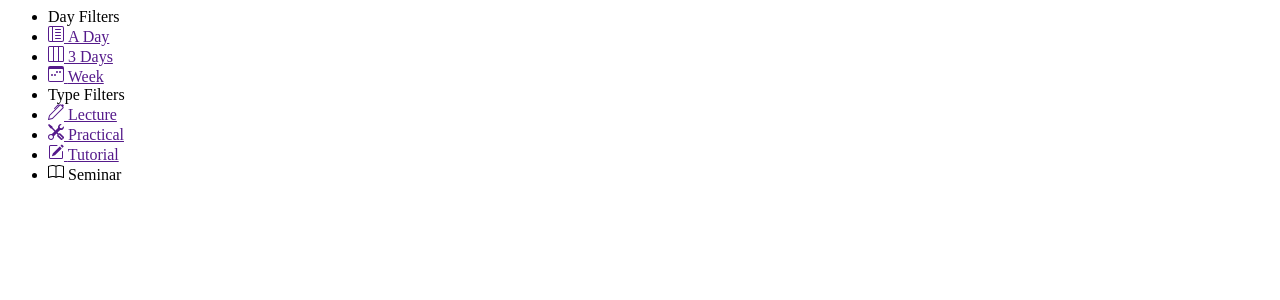
Repository: jackkweyunga/jek-mobile-timetable-v1
Page: src/components/html/sidenav.html
An editor plug-in stored every save of this project. The page is shown before and after a run of saves, followed by the edit.
The browser window is 1280 px wide. The pictures show the whole page.

Above is the page before, as saved 2021-10-26 17:19:16.

After the next 3 saves:
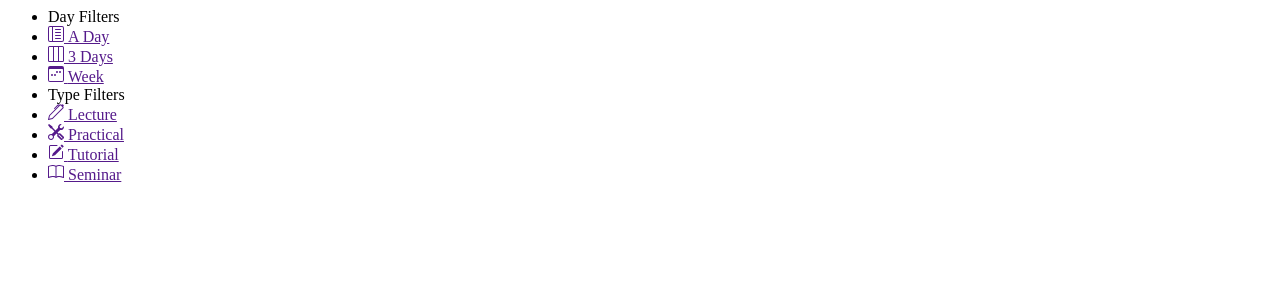
The 3 saves are shown as one change because they came seconds apart.
The last was saved 7 s later.
--- a/src/components/html/sidenav.html
+++ b/src/components/html/sidenav.html
@@ -86,7 +86,7 @@
   </li>
 
   <li class="nav-item" id="icon_seminars">
-    <span class="nav-link collapsed" href="">
+    <a class="nav-link collapsed" href="">
       <i><svg xmlns="http://www.w3.org/2000/svg" width="16" height="16" fill="currentColor" class="bi bi-book"
           viewBox="0 0 16 16">
           <path

After the save that followed:
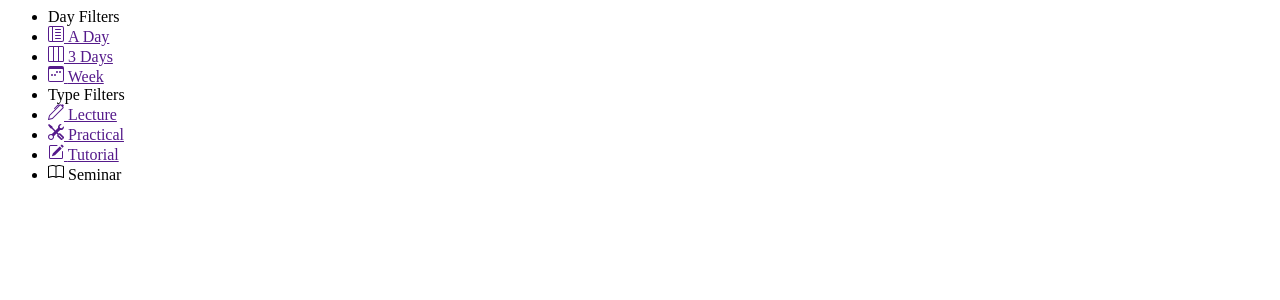
Saved 5 s later.
--- a/src/components/html/sidenav.html
+++ b/src/components/html/sidenav.html
@@ -86,7 +86,7 @@
   </li>
 
   <li class="nav-item" id="icon_seminars">
-    <a class="nav-link collapsed" href="">
+    <a class="nav-link collapsed">
       <i><svg xmlns="http://www.w3.org/2000/svg" width="16" height="16" fill="currentColor" class="bi bi-book"
           viewBox="0 0 16 16">
           <path
